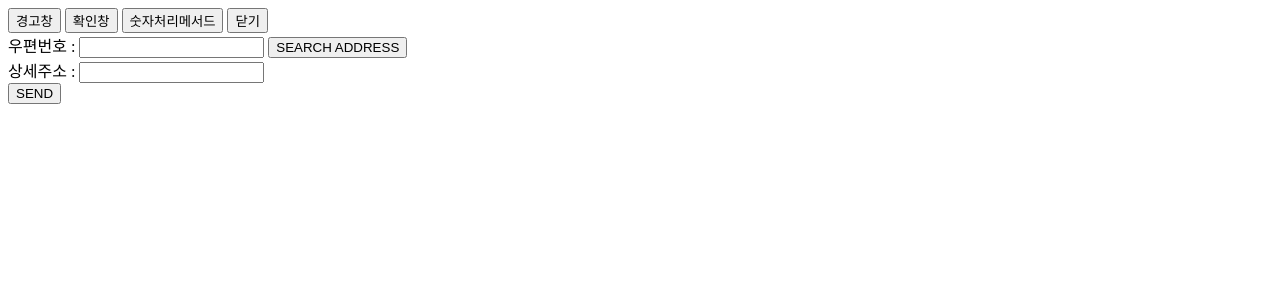
Repository: wishinghyun/multicampus
Page: webwork/clientweb/WebContent/js_bom/js_window_test01.html
The author's editor kept a copy of each file at every save. The page is drawn from the files as they stood at one save, then again after the next save.
The browser window is 1280 px wide. The pictures show the whole page.

Above is the page before, as saved 2020-01-08 05:11:09.

After the next save:
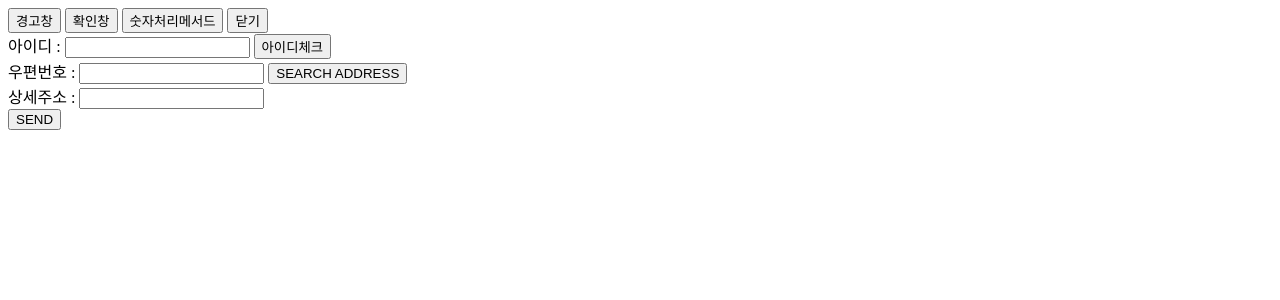
Saved 54 s later.
--- a/webwork/clientweb/WebContent/js_bom/js_window_test01.html
+++ b/webwork/clientweb/WebContent/js_bom/js_window_test01.html
@@ -28,6 +28,9 @@
 	<button onClick="window.close()">닫기</button>
 
 	<form action="" name="myform">
+		아이디 : <input type="text" name="id"	>
+		<input type="button" value="아이디체크" onClick="idcheck()">
+		<br>
 		우편번호 : <input type="text" name="zipcode"	>
 		<input type="button" value="SEARCH ADDRESS" onClick="searchAddress()">
 		<br>
